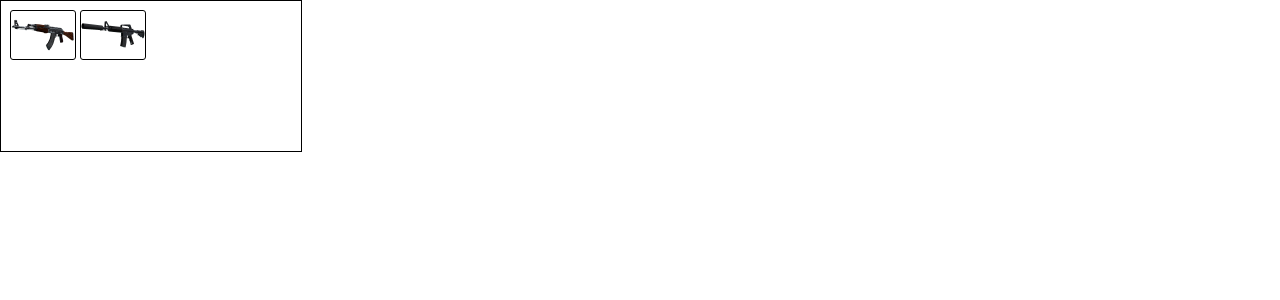
Repository: JerAguilon/GunSprayer
Page: Eclipse/SprayAndPray/index.html
The author's editor kept a copy of each file at every save. The page is drawn from the files as they stood at one save, then again after a run of saves.
The browser window is 1280 px wide. The pictures show the whole page.

Above is the page before, as saved 2015-08-01 04:12:28.
Console error: TypeError: document.getElementByID is not a function

### Eclipse/SprayAndPray/index.html
<!DOCTYPE html>
<html lang = "en">

<head>
	<meta charset="utf-8"/>
	<title>Spray and pray</title>
	<link rel="stylesheet" href="css/styles.css">

</head>
<body>
	<div>
		<img src = "images/ak47.png" class = "guns"/>
		<img src = "images/m4a1-s.png" class = "guns"/>
	</div>

	<div>
		<canvas id="canvas">Your browser doesn't support HTML5.</canvas>
	</div>
	<script src ="sprayer.js"></script>

</body>
</html>

### Eclipse/SprayAndPray/css/styles.css
body{
	margin: 0;

}.guns {
   border:1px solid #000000;
   border-radius:3px;
   width: 5%;
   height:auto;
   position:relative;
   top:10px;
   left:10px;
} canvas{
	border:1px solid #000000;
	display: block;
	position:absolute;
	top:0px;
	left:0px
}

### Eclipse/SprayAndPray/sprayer.js
var canvas = document.getElementByID('canvas');
var context = canvas.getContext('2D');

canvas.width=window.innerWidth;
canvas.height=window.innerWidth;

var putPoint = function(e){
	context.beginPath();
	context.arc(e.offsetX,e.offsetY,10,0, Math.PI*2);
	context.fill();
}

canvas.addEventListener('mousedown',putPoint);

After the next 2 saves:
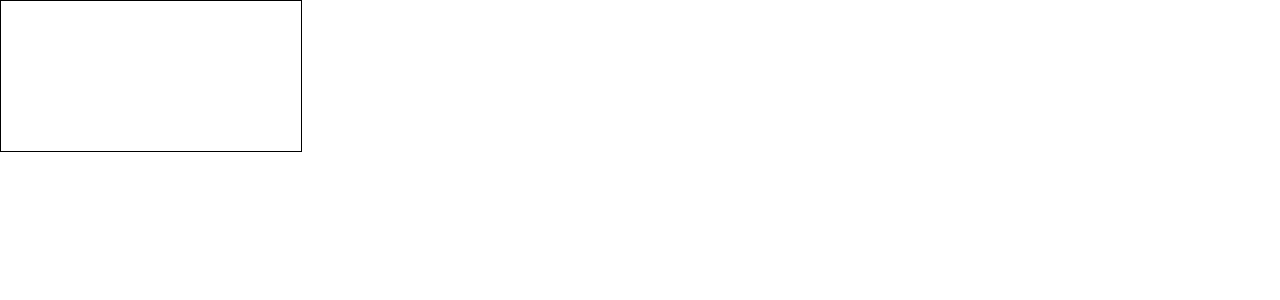
The 2 saves are shown as one change because they came seconds apart.
The last was saved 10 s later.
--- a/Eclipse/SprayAndPray/index.html
+++ b/Eclipse/SprayAndPray/index.html
@@ -2,16 +2,16 @@
 <html lang = "en">
 
 <head>
-	<meta charset="utf-8"/>
+
 	<title>Spray and pray</title>
 	<link rel="stylesheet" href="css/styles.css">
 
 </head>
 <body>
-	<div>
-		<img src = "images/ak47.png" class = "guns"/>
-		<img src = "images/m4a1-s.png" class = "guns"/>
-	</div>
+<!-- 	<div> -->
+<!-- 		<img src = "images/ak47.png" class = "guns"/> -->
+<!-- 		<img src = "images/m4a1-s.png" class = "guns"/> -->
+<!-- 	</div> -->
 
 	<div>
 		<canvas id="canvas">Your browser doesn't support HTML5.</canvas>
